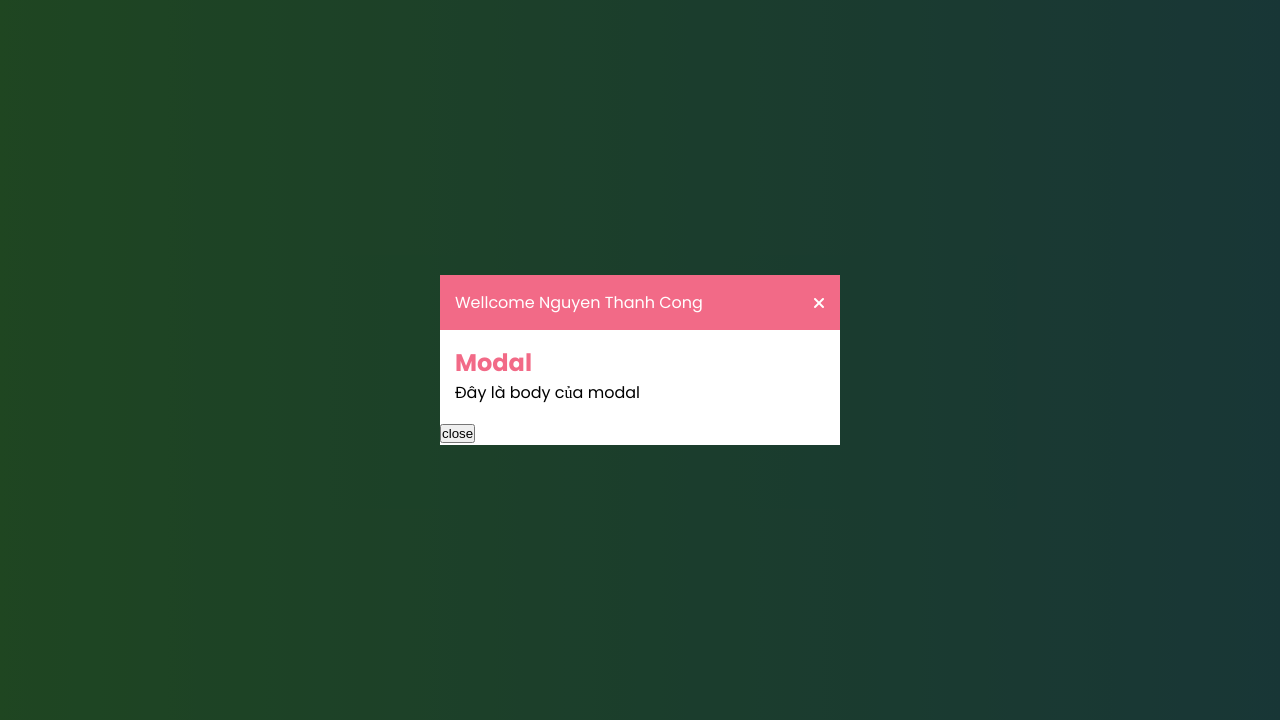
Repository: congnt98/Lean-javascript-in-project
Page: 30Days/3_Modal/index.html
These files come from the project's save history. The page is drawn as it stood at one moment and after the next save; the edit follows.
The browser window is 1280 px wide. The pictures show the whole page.

Above is the page before, as saved 2024-02-18 20:22:09.

After the next save:
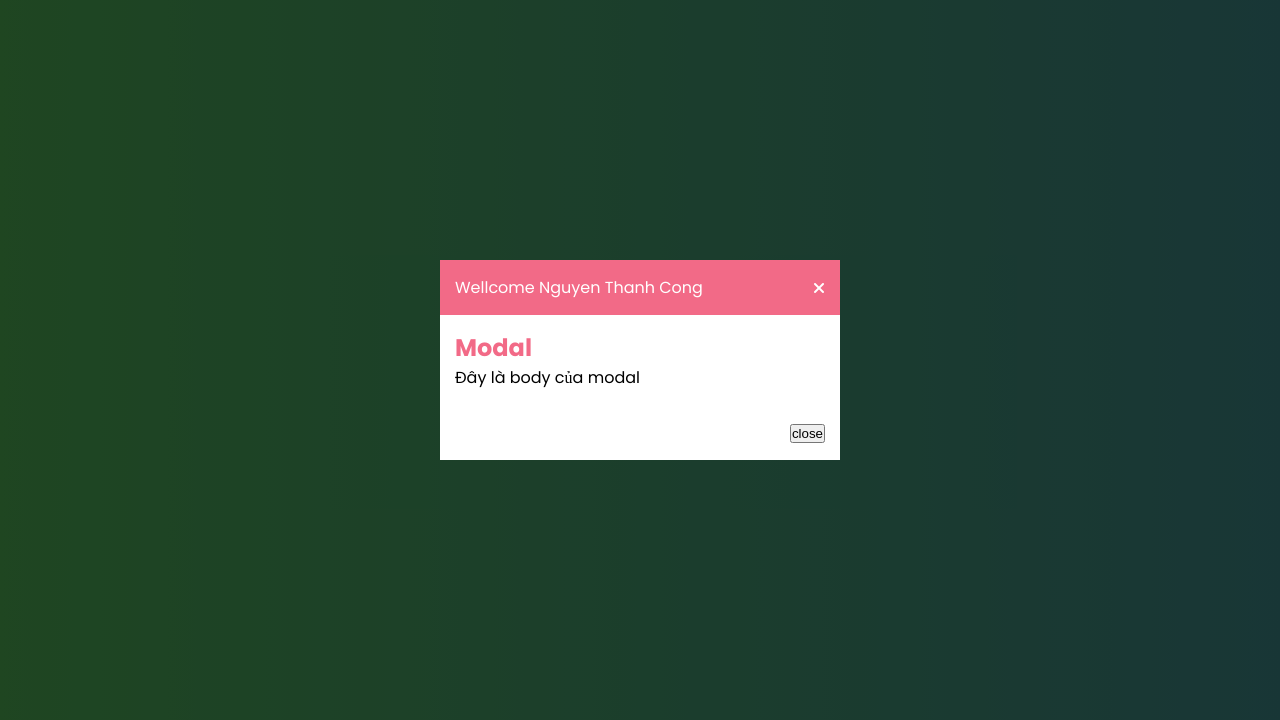
Saved 18 s later.
--- a/30Days/3_Modal/style.css
+++ b/30Days/3_Modal/style.css
@@ -75,4 +75,7 @@ body {
     margin-bottom: 10px 15px;
 }
 
-.modal__footer {}
+.modal__footer {
+    padding: 15px;
+    text-align: right;
+}
